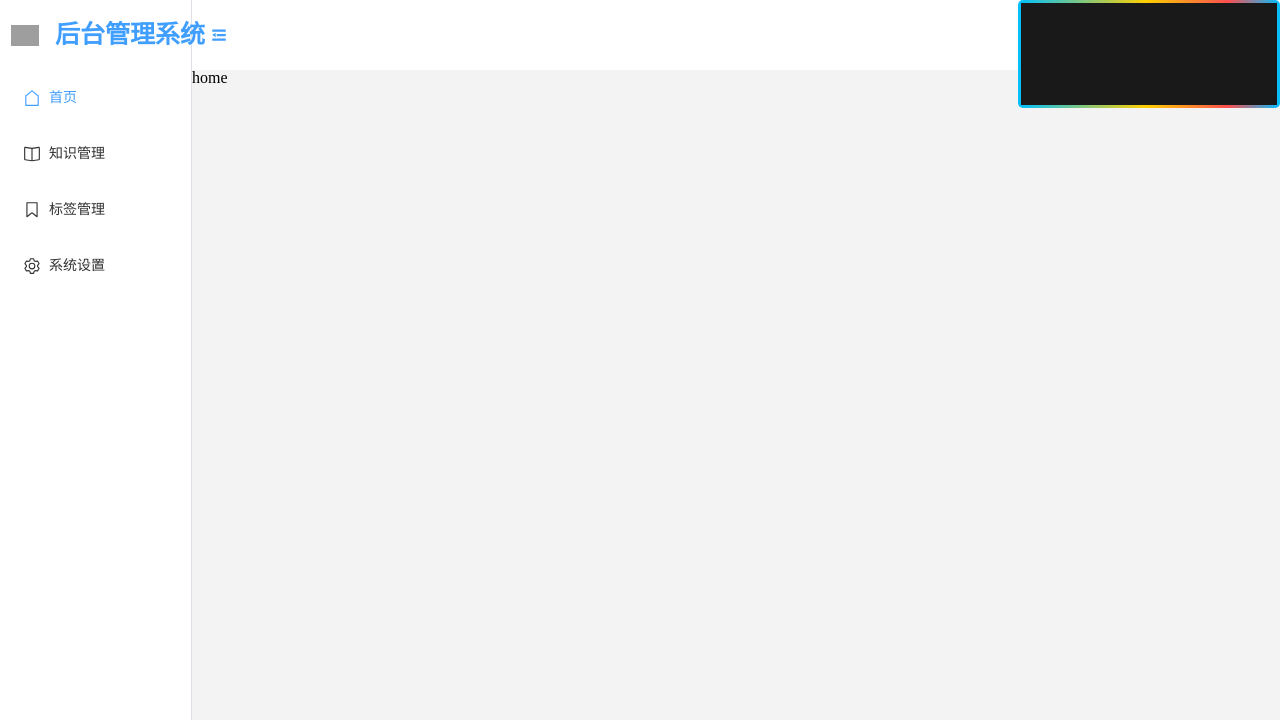
Repository: serrrN/admin
Page: /
An editor plug-in stored every save of this project. The page is shown before and after the next save, followed by the edit.
The browser window is 1280 px wide. The pictures show the whole page.
Pictures or frames that could not be fetched are drawn as grey boxes. The project was rebuilt for these pictures with package versions that can differ from the ones it lists, and the page was loaded fresh each time. Also part of the build but not shown: vite.config.ts, src/styles/index.scss.

Above is the page before, as saved 2024-06-05 16:34:56.

After the next save:
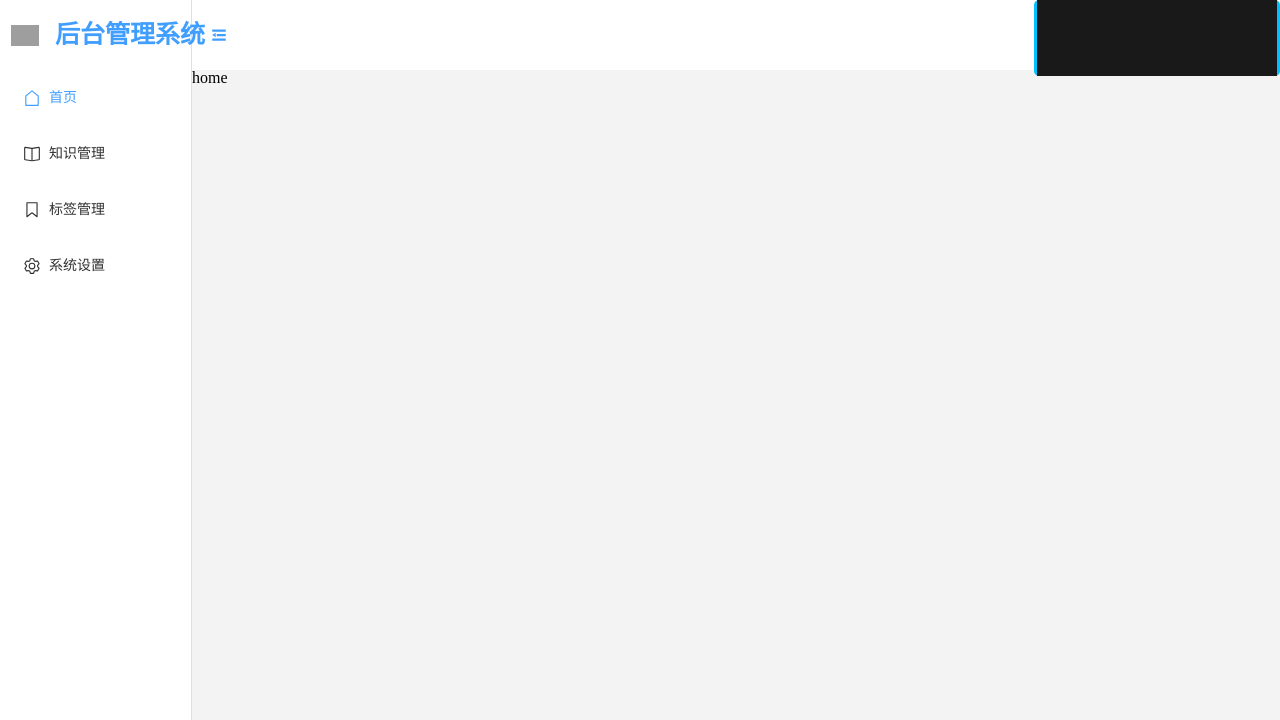
Saved 48 s later.
--- a/src/layout/header/menu/index.vue
+++ b/src/layout/header/menu/index.vue
@@ -4,8 +4,8 @@
 <script setup lang="ts"></script>
 <style lang="scss" scoped>
 .header-menu {
-  width: calc(20vw + 6px);
-  height: calc(8vw + 6px);
+  width: calc(240px + 6px);
+  height: calc(100% + 6px);
   background-image: linear-gradient(
     90deg,
     #00c0ff 0%,
@@ -21,8 +21,8 @@
   position: relative;
   &::after {
     content: '';
-    width: calc(20vw);
-    height: calc(8vw);
+    width: calc(240px);
+    height: calc(100%);
     background-color: #191919;
     display: flex;
     align-items: center;
